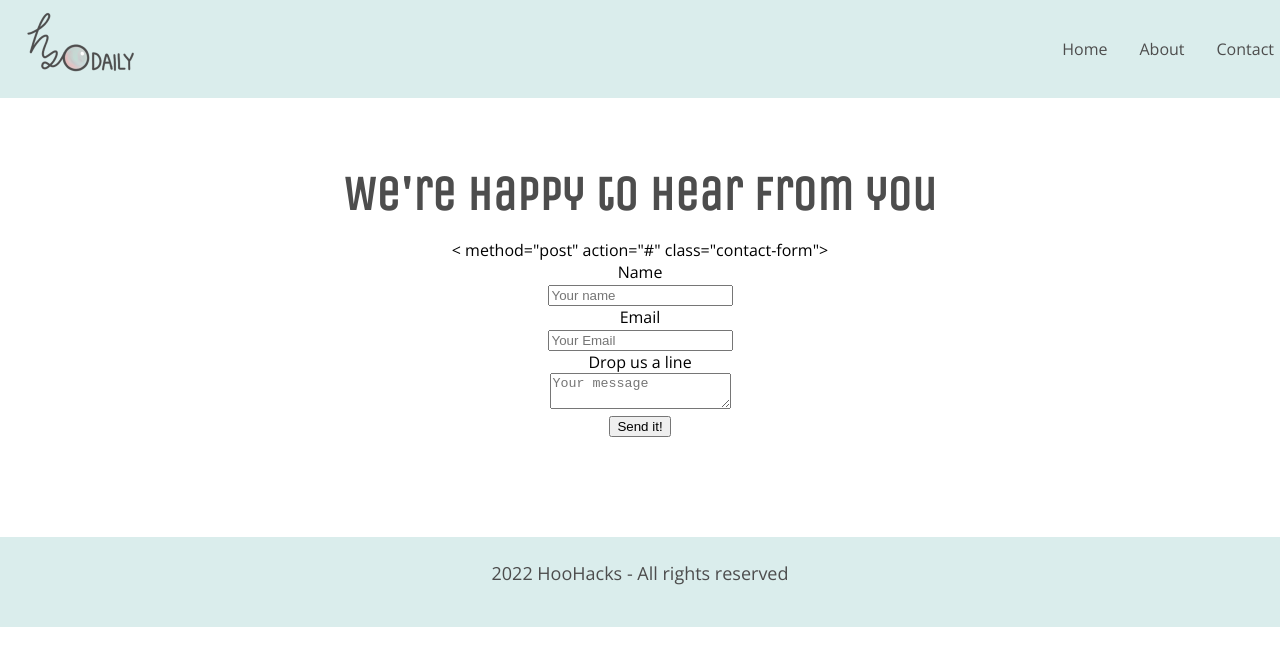
Repository: jennyjjung/H2ODaily
Page: contact.html
The author's editor kept a copy of each file at every save. The page is drawn from the files as they stood at one save, then again after a run of saves.
The browser window is 1280 px wide. The pictures show the whole page.

Above is the page before, as saved 2022-03-26 20:34:48.

### contact.html
<!DOCTYPE html>
<html lang="en">
<head>
  <meta charset="UTF-8">
  <meta http-equiv="X-UA-Compatible" content="IE=edge">
  <meta name="viewport" content="width=device-width, initial-scale=1.0">
  <title>H2O Daily</title>
  <link href='https://fonts.googleapis.com/css?family=Unica One' rel='stylesheet'>
  <link href="https://fonts.googleapis.com/css2?family=Open+Sans:wght@400;600;700&display=swap" rel="stylesheet">
  <link rel="stylesheet" href="style.css" />
  <script src="main.js" defer></script>
</head>
<body>

  <nav id="navbar">
    <div class="navbar__logo">
      <a href="index.html"><img src="images/logo.png" id="navbar__logo"></a>
    </div>
    <div class="navbar__menu">
      <li class="navbar__menu__item"><a href="index.html">Home</a></li>
      <li class="navbar__menu__item"><a href="about.html">About</a></li>
      <li class="navbar__menu__item"><a href="contact.html">Contact</a></li>
    </div>
  </nav>

  <section id="contact">
    <h1>We're happy to hear from you</h1>
    <div class="contact__content">
      < method="post" action="#" class="contact-form">
        <div class="table__label">
          <label for="name">Name</label>
        </div>
        <div class="table__input">
          <input type="text" name="name" id="name" placeholder="Your name" required>
        </div>

        <div class="table__label">
          <label for="email">Email</label>
        </div>
        <div class="table__input">
          <input type="email" name="email" id="email" placeholder="Your Email" required>
        </div>

        <div class="table__label">
          <label>Drop us a line</label>
        </div>
        <div class="table__input">
          <textarea name="message" placeholder="Your message"></textarea>
        </div>

        <input type="submit" value="Send it!">

      </form>
    </div>
  </section>

  <section id="bottom">
    <div class= "bottom__container">
      <p class="bottom__rights">2022 HooHacks - All rights reserved</p>
    </div>
  </section>

</body>
</html>

### style.css
/* Global */
:root {
  /* Color */
  --color-white: #ffffff;
  --color-dark-grey: #4d4d4d;
  --color-blue: #daedec;
  --color-dark-blue: #b9d8d6;
  --color-yellow: rgb(241, 247, 208);

  /* Font weight */
  --weight-bold: 700;
  --weight-semi-bold: 600;
  --weight-regular: 400;

  /* Font Size */
  --font-large: 48px;
  --font-medium: 28px;
  --font-regular: 18px;
  --font-small: 16px;
  --font-micro: 14px;

  /* Size */
  --size-border-radius: 4px;
}

body {
  margin: 0;
  font-family: "Open Sans";
  cursor: default;
  text-align: center;
}

h1 {
  font-size: var(--font-large);
  font-weight: var(--weight-bold);
  color: var(--color-dark-grey);
  font-family: "Unica One";
  margin: 16px 0px;
}

p {
  font-size: var(--font-regular);
  font-weight: var(--weight-regular);
  color: var(--color-dark-grey);
  margin: 4px 0;
}

li {
  list-style: none;
}

a {
  text-decoration: none;
  color: var(--color-dark-grey);
}

/* Navbar */
#navbar {
  position: fixed;
  display: flex;
  justify-content: space-between;
  width: 100%;
  background-color: var(--color-blue);
  padding: 10px;
  align-items: center;
}

.navbar__menu {
  display: flex;
  margin-left: 25px;
}

.navbar__logo {
  font-size: var(--font-medium);
  font-weight: var(--weight-semi-bold);
  justify-content: center;
}

#nevbar__logo {
  width: 80px;
  padding-left: 20px;
  padding-top: 10px;
}

.navbar__menu__item {
  padding: 8px 12px;
  margin: 0 4px;
  cursor: pointer;
  border-radius: var(--size-border-radius);
}

.navbar__menu__item:hover {
  background-color: var(--color-dark-blue);
}

/* Home */
#home,
#contact,
#about {
  padding: 150px 40px 100px 40px;
}

.home__title {
  color: var(--color-dark-grey);
}

.home__content {
  width: 80%;
}

.home__container {
  display: flex;
  flex-direction: column;
  align-items: center;
  justify-content: center;
}

.home__logo {
  width: 300px;
  height: 300px;
  margin: 20px;
  margin-bottom: 0;
}

.btn__home {
  color: var(--color-dark-grey);
  background-color: var(--color-blue);
  font-size: var(--font-regular);
  font-weight: var(--weight-bold);
  font-family: "Unica One";
  margin: 24px;
  padding: 8px 16px;
  border-radius: var(--size-border-radius);
}

.btn__home:hover {
  background-color: var(--color-dark-blue);
}

#bottom {
  background-color: var(--color-blue);
  padding: 20px;
  text-align: center;
  height: 50px;
}

.about__content,
.contact__content {
  width: 70%;
  text-align: center;
  margin: auto;
}

Loaded but not shown: main.js (no copy from this time; the picture is the same without it)

After the next 2 saves:
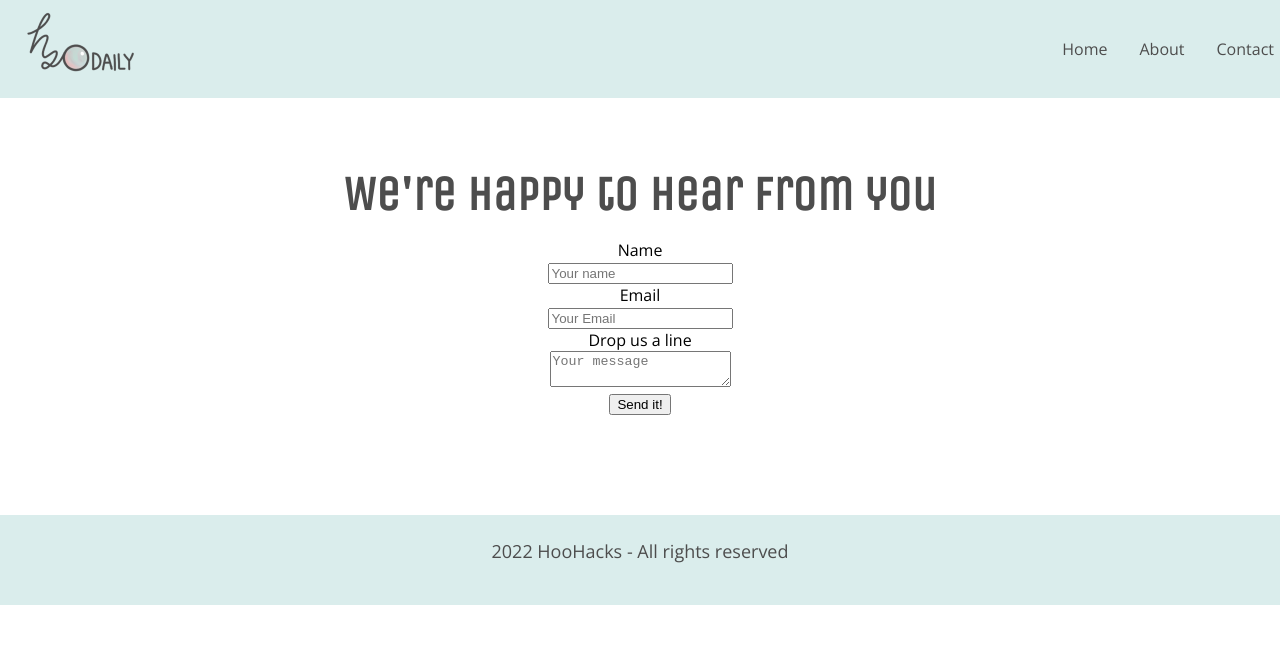
The 2 saves are shown as one change because they came seconds apart.
The last was saved 114 s later.
--- a/contact.html
+++ b/contact.html
@@ -26,29 +26,37 @@
   <section id="contact">
     <h1>We're happy to hear from you</h1>
     <div class="contact__content">
-      < method="post" action="#" class="contact-form">
-        <div class="table__label">
-          <label for="name">Name</label>
-        </div>
-        <div class="table__input">
-          <input type="text" name="name" id="name" placeholder="Your name" required>
+      <form method="post" action="#" class="contact-form">
+        <div class="row">
+          <div class="table__label">
+            <label for="name">Name</label>
+          </div>
+          <div class="table__input">
+            <input type="text" name="name" id="name" placeholder="Your name" required>
+          </div>
         </div>
 
-        <div class="table__label">
-          <label for="email">Email</label>
-        </div>
-        <div class="table__input">
-          <input type="email" name="email" id="email" placeholder="Your Email" required>
+        <div class="row">
+          <div class="table__label">
+            <label for="email">Email</label>
+          </div>
+          <div class="table__input">
+            <input type="email" name="email" id="email" placeholder="Your Email" required>
+          </div>
         </div>
 
-        <div class="table__label">
-          <label>Drop us a line</label>
-        </div>
-        <div class="table__input">
-          <textarea name="message" placeholder="Your message"></textarea>
+        <div class="row">
+          <div class="table__label">
+            <label>Drop us a line</label>
+          </div>
+          <div class="table__input">
+            <textarea name="message" placeholder="Your message"></textarea>
+          </div>
         </div>
 
-        <input type="submit" value="Send it!">
+        <div class="row">
+          <input type="submit" value="Send it!">
+        </div>
 
       </form>
     </div>
